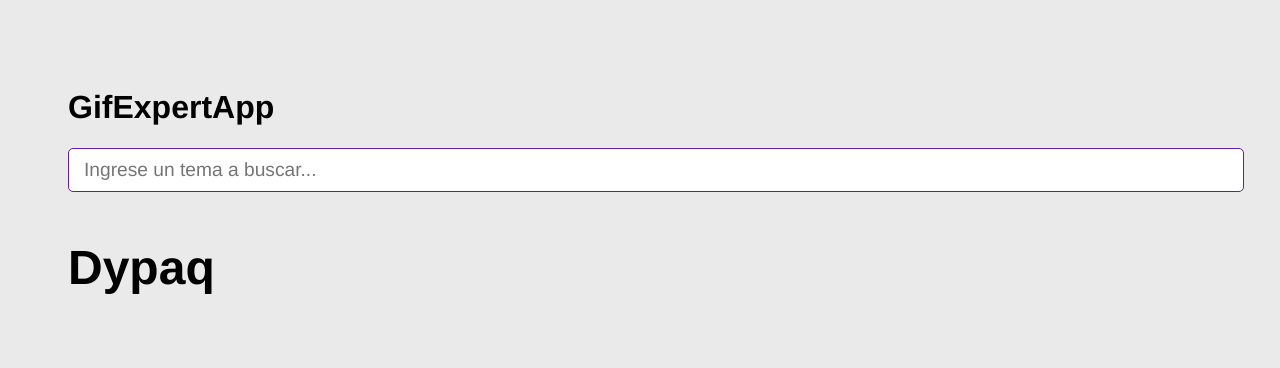
Repository: AlanColliDev/CursoReact
Page: /
The author's editor kept a copy of each file at every save. The page is drawn from the files as they stood at one save, then again after the next save.
The browser window is 1280 px wide. The pictures show the whole page.
The page's requests for data from a server got no answer. The project was rebuilt for these pictures with package versions that can differ from the ones it lists, and the page was loaded fresh each time. No one was signed in, and anything a server would have sent is missing. Also part of the build but not shown: vite.config.js.

Above is the page before, as saved 2022-07-23 11:21:11.

### src/GifExpertApp.jsx
import { AddCategory } from './components/AddCategory';
import { GifGrid } from './components/GifGrid';
import { useState } from 'react';
/**Se le pone el JSX porque no es unicamente un archivo JS, ya que en su interior contendrá un functional component */
// import React from 'react' --despues de la v17 de react ya no es necesario estarlo importando en cada file
export const GifExpertApp = () => {

   const [categories, setCategories] = useState([ 'Dypaq' ])

   const OnAddCategory = (category) => {
      if( categories.includes(category) ) return;
      setCategories( [category, ...categories] );
   }
   // aJ16I10gt55ey1OiM8UpKKHQbomn51i3

   return (
   <>
      <h1>GifExpertApp</h1>

      <AddCategory HandleAddCategory = { OnAddCategory } />

         {
            categories.map( ( category ) => (
               <GifGrid
                  key={category}
                  category = {category}
               />
            ))
         }

   </>
  )
}

### src/components/AddCategory.jsx
import { useState } from 'react';


export const AddCategory = ({ HandleAddCategory }) => {

    const [category, setCategory] = useState('');

    const OnChangeCategory = (e) => {
        setCategory(e.target.value);
    }
    // evento que se ejecuta al dar enter en el boton
    const OnSubmitForm = (event) => {
        event.preventDefault();
        if(category.length <= 1) return;
        // HandleAddCategory([category]);//este era la forma en que yo lo hice, pero esto genera que se sobreescriba todo el arreglo
    /**La manera correcta es hacer un callback del Setter, para obtener el estado actual y asignar el valor nuevo */
        // HandleAddCategory((categories) => [category, ...categories]); ya no se usa porque ahora es de la otra manera
        HandleAddCategory(category.trim());
        setCategory('');
    }

    return (
        <form onSubmit={(event) => OnSubmitForm(event) }>
            <input
                type = "text"
                placeholder = "Ingrese un tema a buscar..."
                value = { category }
                onChange = { OnChangeCategory }
            />
        </form>
    )
}

### src/components/GifGrid.jsx
import { useEffect, useState} from 'react';
import { getGifs } from '../helpers/getGifs';

// nunca se debe de llamar expliscitamante a una funcion en un functional component, porque se reprocesa
export const GifGrid = ({ category }) => {

    const [images, setImages] = useState([]);
    // La tarea de fernando fue obtener los gifs de cada elemento
    const getImages = async () => {
        const listImages = await getGifs( category );
        setImages( listImages );
    };

    // Enviar las llaves vacias quiere decir que el useEffect solo se ejecutara la primera vez, ya
    // que la primera vez cumple porque esta vacio, luego se llena y ya no se vuelve a ejecutar
    useEffect( () => {
        getImages(category);
    }, [] );
    // Si uso AWAIT, la funcion debe ser async

    return (
        <>
            <h3>{ category }</h3>
            <ol>
                {images.map( ( { id, title } ) => {
                    <li key={ id }> { title } </li>
                })}
            </ol>
        </>
    )
}

### src/helpers/getGifs.js
export const getGifs = async (category) => {
    const uri = `https://api.giphy.com/v1/gifs/search?api_key=aJ16I10gt55ey1OiM8UpKKHQbomn51i3&q=${ category }`;
    const response = await fetch( uri );
    const { data } = await response.json();

    const gifs = data.map(gif => ({
        id: gif.id,
        title: gif.title,
        url: gif.images.downsized_medium.url
    }));
    return gifs;
};

Loaded but not shown: index.html (common file); src/main.jsx (common file); src/styles.css (common file)

After the next save:
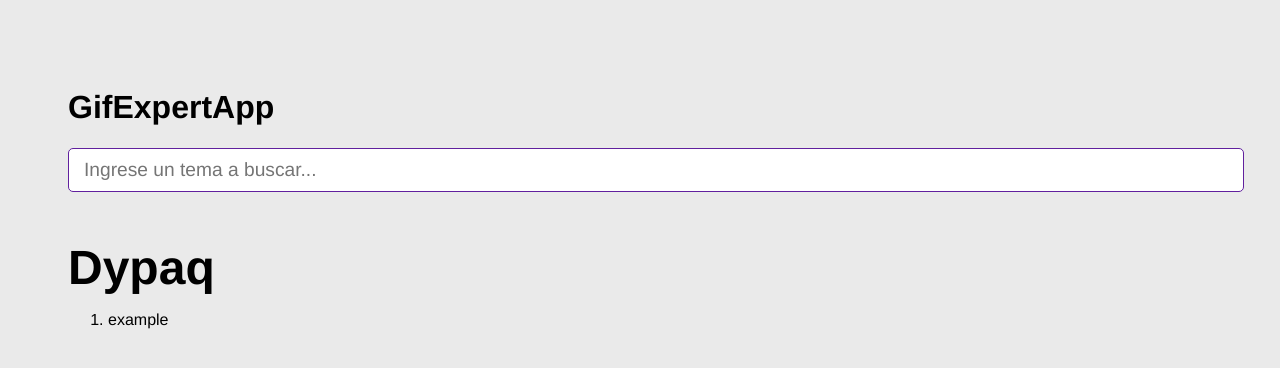
Saved 71 s later.
--- a/src/components/GifGrid.jsx
+++ b/src/components/GifGrid.jsx
@@ -25,6 +25,7 @@
                 {images.map( ( { id, title } ) => {
                     <li key={ id }> { title } </li>
                 })}
+                <li>example</li>
             </ol>
         </>
     )
